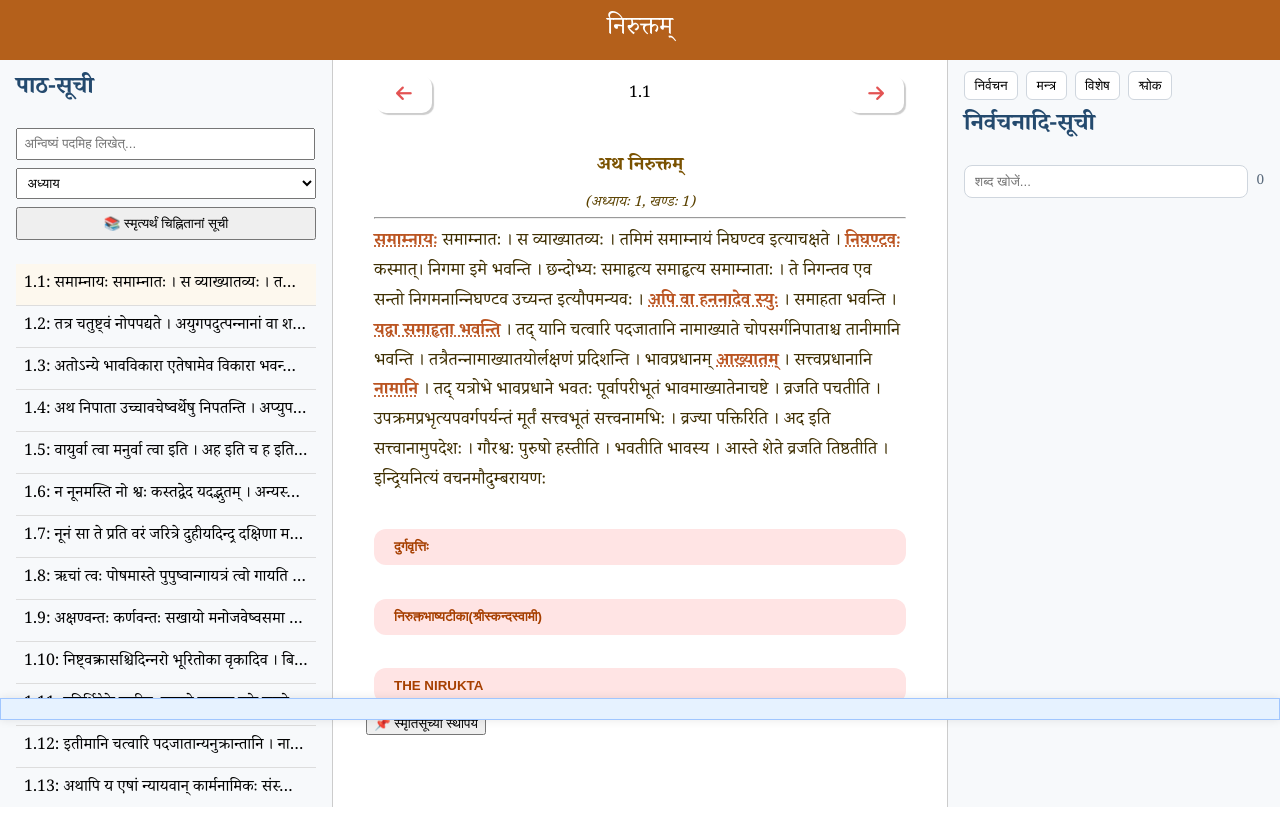
Repository: sanskritsphere/Niruktam
Page: index.html
These files come from the project's save history. The page is drawn as it stood at one moment and after the next save; the edit follows.
The browser window is 1280 px wide. The pictures show the whole page.
Some web fonts or font styles are not loaded; a fallback is used.

Above is the page before, as saved 2025-12-17 10:05:42.

After the next save:
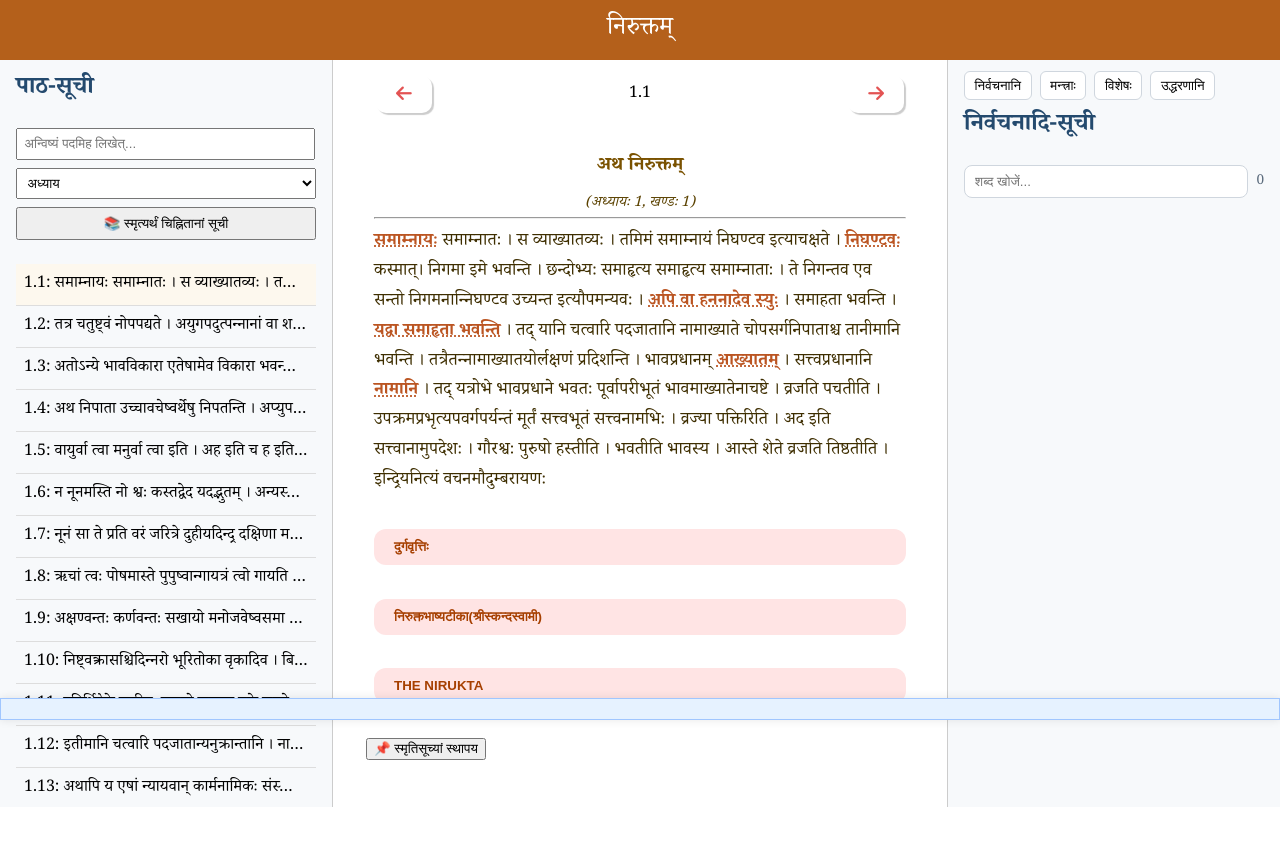
Saved 3 min 42 s later.
--- a/script.js
+++ b/script.js
@@ -53,10 +53,10 @@ let currentIndex = 0;
 let listElements = [];
 
 const TAGS = [
-  { key: '#b', label: 'निर्वचन' },  // #b(.*?)b#
-  { key: '#m', label: 'मन्त्र' },   // #m(.*?)m#
-  { key: '#v', label: 'विशेष' }, // #v(.*?)v#
-  { key: '#s', label: 'श्लोक'}   // #s(.*?)s#
+  { key: '#b', label: 'निर्वचनानि' },  // #b(.*?)b#
+  { key: '#m', label: 'मन्त्त्राः' },   // #m(.*?)m#
+  { key: '#v', label: 'विशेषः' }, // #v(.*?)v#
+  { key: '#s', label: 'उद्धरणानि'}   // #s(.*?)s#
 ];
 
 const termsByTag = {};               // { b:[], m:[], v:[] }
@@ -245,7 +245,7 @@ function renderSutra(index) {
        <div class="section">
         <button class="toggle-btn" onclick="toggleExclusive('vivaran')">THE NIRUKTA</button>
         <div id="vivaran" class="toggle-content"><hr>${highlightDoubts(sutra.vivaran, doubtTexts)}</div>
-      </div>
+      </div><br>
       <button class="add-remove-bookmark" onclick="toggleBookmark(${index})">
         ${bookmarked.has(index) ? '🔖 स्मृतिसूच्या अपनय' : '📌 स्मृतिसूच्यां स्थापय'}
       </button>
